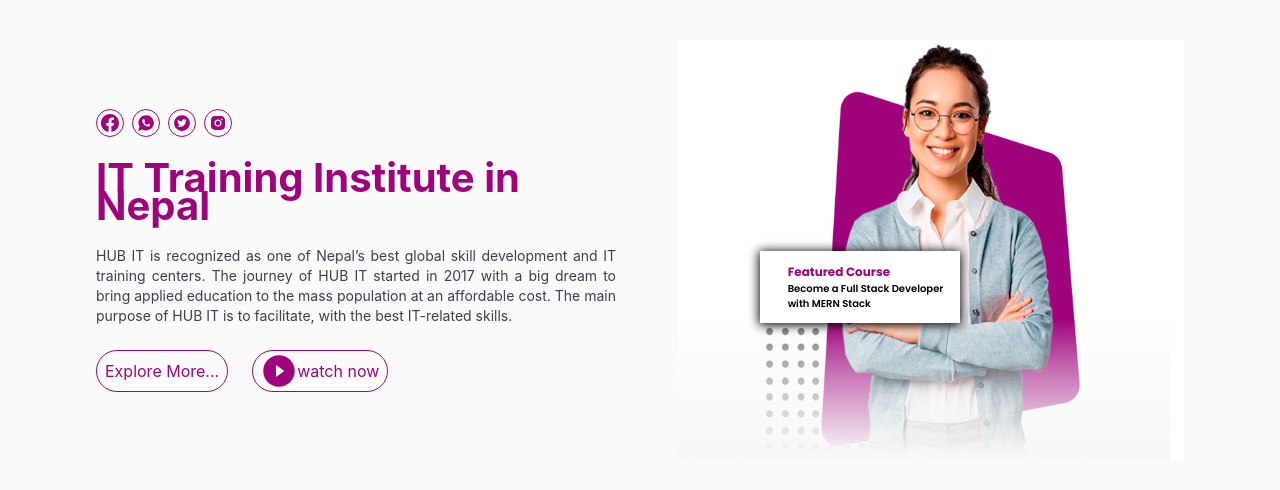
Repository: praveenmunagapati/hgllearnv2
Page: /HomePage/Home
These files come from the project's save history. The page is drawn as it stood at one moment and after the next save; the edit follows.
The browser window is 1280 px wide. The pictures show the whole page.
The project was rebuilt for these pictures with package versions that can differ from the ones it lists, and the page was loaded fresh each time. The framework's server and built-in components were replaced by stand-ins that run in the browser. Also part of the build but not shown: next.config.js.

Above is the page before, as saved 2023-01-03 14:27:40.

After the next save:
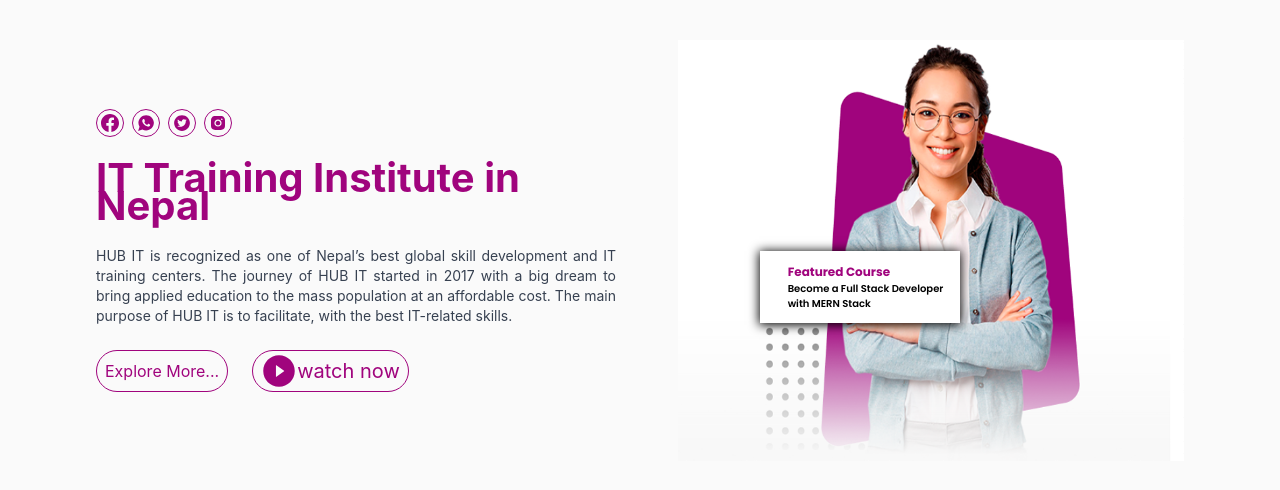
Saved 21 s later.
--- a/pages/HomePage/Home.jsx
+++ b/pages/HomePage/Home.jsx
@@ -53,7 +53,7 @@
             <div className=" h-max items-center cursor-pointer">
               <div className="flex border-[1.5px] border-[#A0047D] rounded-full mr-6 px-2 py-[2px] text-sm xl:text-base xxl:text-lg text-main hover:scale-105 transition-all ease-in-out duration-300 delay-100 hover:bg-main hover:text-white">
                 <AiFillPlayCircle className="text-[#a0047d] text-2xl md:hidden xl:text-4xl xxl:text-5xl" />
-                <button>watch now</button>
+                <button className="text-xl">watch now</button>
               </div>
             </div>
           </div>
